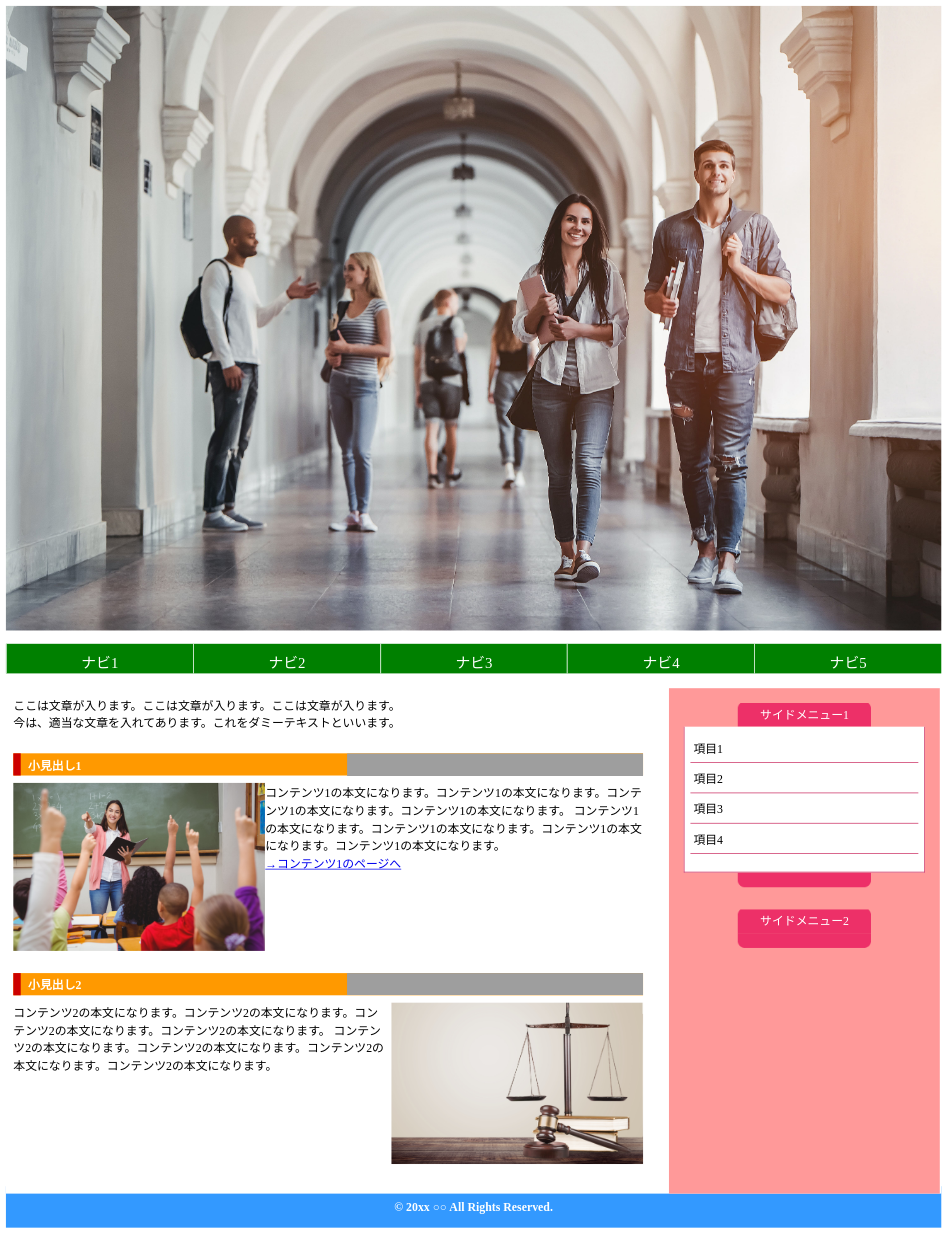
Repository: ossu0815/samurai_HTML_CSS
Page: New Folder/教材/home1.html
The author's editor kept a record of every edit. The page is drawn from the files as they stood at one moment, then again after the next edit.
The browser window is 1280 px wide. The pictures show the whole page, at 74% of full size.
Pictures or frames that could not be fetched are drawn as grey boxes.

Above is the page before.

After the next edit:
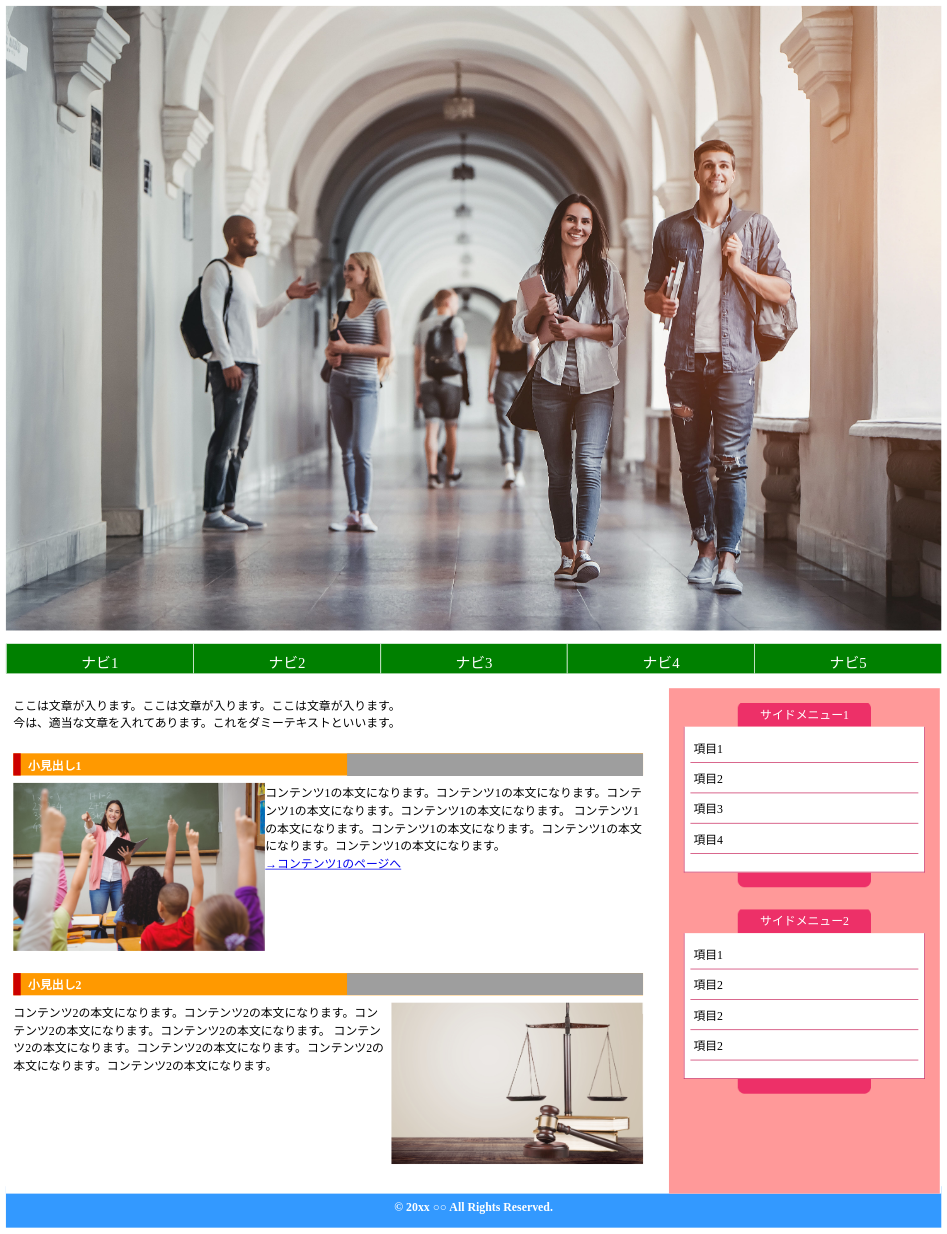
The edit:
--- a/New Folder/教材/home1.html
+++ b/New Folder/教材/home1.html
@@ -56,6 +56,14 @@
                      </div>
                      <div class="box">
                          <h2>サイドメニュー2</h2>
+                         <div class="boxBody">
+                             <ul>
+                                 <li>項目1</li>
+                                 <li>項目2</li>
+                                 <li>項目2</li>
+                                 <li>項目2</li>
+                             </ul>
+                         </div>
                      </div>
                  </div>
             </div>
